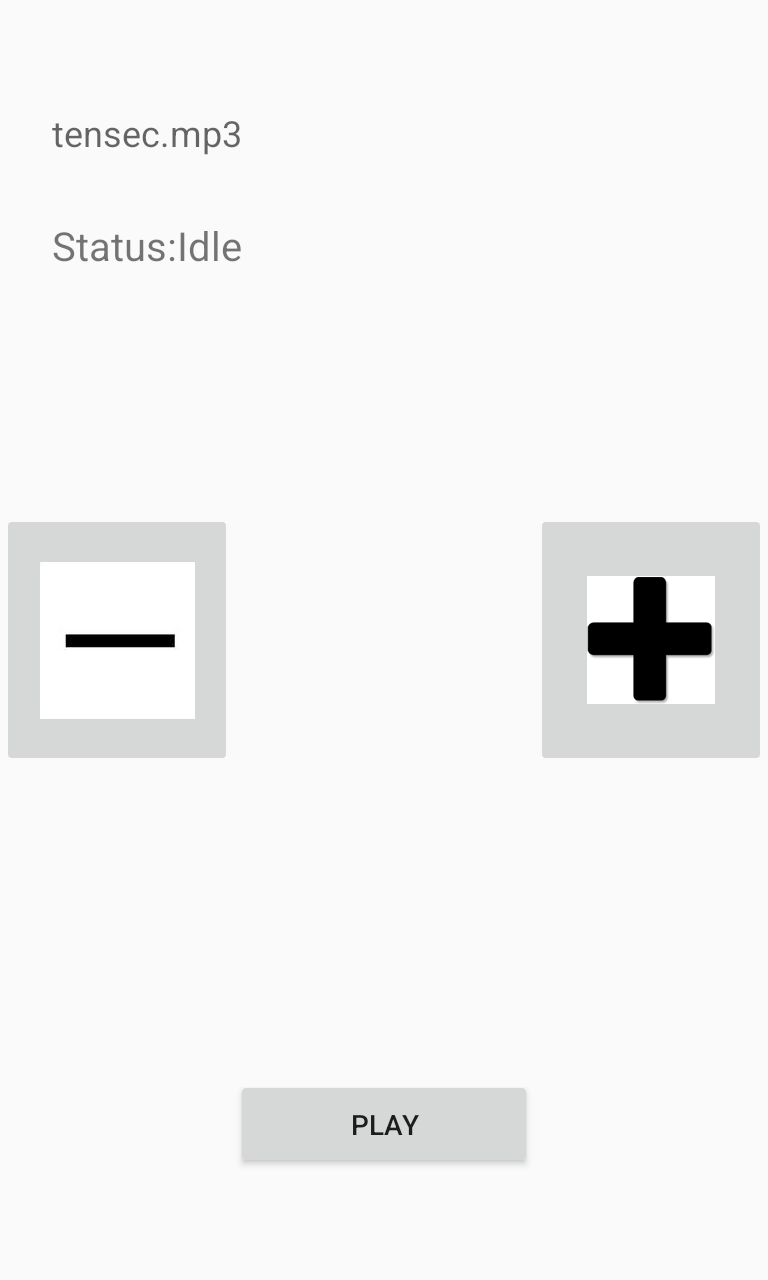
Repository: AlvaroCortez/Assigment2
Layout: AudioPlayer/res/layout/media_player_layout.xml
The author's editor kept a copy of each file at every save. The layout is drawn from the files as they stood at one save, then again after the next save.
It is drawn on a 768 x 1280 px phone screen (xhdpi) without system bars, with theme AppTheme; the app's code is not run.

Above is the layout before, as saved 2014-06-04 17:47:45.

### AudioPlayer/res/layout/media_player_layout.xml
<?xml version="1.0" encoding="utf-8"?>
<RelativeLayout xmlns:android="http://schemas.android.com/apk/res/android"
    android:layout_width="match_parent"
    android:layout_height="match_parent" >

    <Button
        android:id="@+id/audio_button"
        android:layout_width="150dp"
        android:layout_height="wrap_content"
        android:layout_alignParentBottom="true"
        android:layout_centerHorizontal="true"
        android:layout_marginBottom="54dp"
        android:text="@string/button_text"
        android:onClick="onClick" />

    <TextView
        android:id="@+id/status_text"
        android:layout_width="150dp"
        android:layout_height="wrap_content"
        android:layout_alignParentLeft="true"
        android:layout_alignParentTop="true"
        android:layout_marginLeft="26dp"
        android:layout_marginTop="109dp"
        android:gravity="center|left"
        android:text="@string/textView_text"
        android:textSize="20sp" />

    <TextView
        android:id="@+id/mp3_text"
        android:layout_width="wrap_content"
        android:layout_height="wrap_content"
        android:layout_alignLeft="@+id/status_text"
        android:layout_alignParentTop="true"
        android:layout_marginTop="54dp"
        android:text="@string/text_mp3"
        android:textAppearance="?android:attr/textAppearanceMedium" />

    <ImageButton
        android:id="@+id/imageButton_volume_plus"
        android:layout_width="130dp"
        android:layout_height="130dp"
        android:layout_centerVertical="true"
        android:layout_toRightOf="@+id/audio_button"
        android:src="@drawable/plus" />

    <ImageButton
        android:id="@+id/imageButton_volume_minus"
        android:layout_width="130dp"
        android:layout_height="130dp"
        android:layout_centerVertical="true"
        android:layout_toLeftOf="@+id/audio_button"
        android:src="@drawable/minus" />

</RelativeLayout>

### AudioPlayer/res/values/strings.xml
<?xml version="1.0" encoding="utf-8"?>
<resources>

    <string name="app_name">AudioPlayer</string>
    <string name="hello_world">Hello world!</string>
    <string name="action_settings">Settings</string>
    <string name="button_text">Play</string>
    <string name="textView_text">Status:Idle</string>
    <string name="text_mp3">tensec.mp3</string>

</resources>

Loaded but not shown: AudioPlayer/res/values/styles.xml (common file); AudioPlayer/res/values-v11/styles.xml (common file); AudioPlayer/res/values-v14/styles.xml (common file)

After the next save:
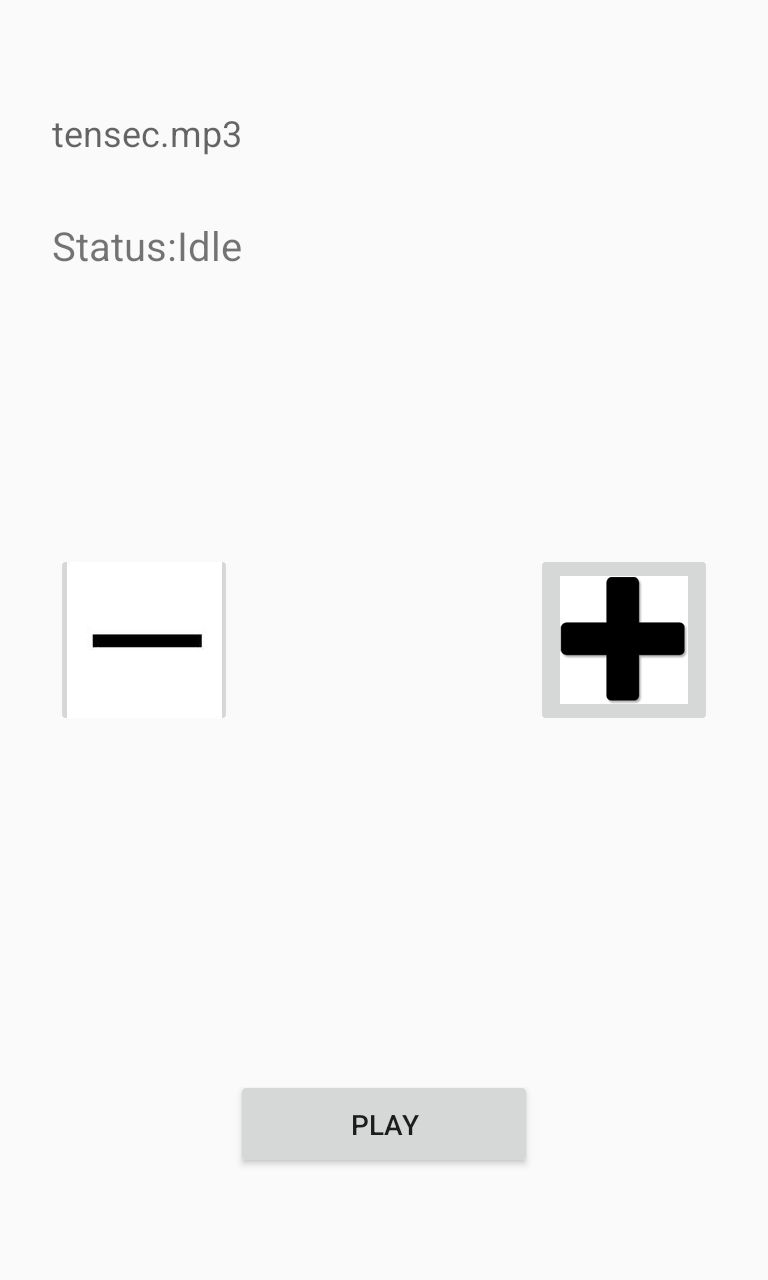
Saved 2 min 32 s later.
--- a/AudioPlayer/res/layout/media_player_layout.xml
+++ b/AudioPlayer/res/layout/media_player_layout.xml
@@ -37,16 +37,16 @@
 
     <ImageButton
         android:id="@+id/imageButton_volume_plus"
-        android:layout_width="130dp"
-        android:layout_height="130dp"
+        android:layout_width="90dp"
+        android:layout_height="90dp"
         android:layout_centerVertical="true"
         android:layout_toRightOf="@+id/audio_button"
         android:src="@drawable/plus" />
 
     <ImageButton
         android:id="@+id/imageButton_volume_minus"
-        android:layout_width="130dp"
-        android:layout_height="130dp"
+        android:layout_width="90dp"
+        android:layout_height="90dp"
         android:layout_centerVertical="true"
         android:layout_toLeftOf="@+id/audio_button"
         android:src="@drawable/minus" />
